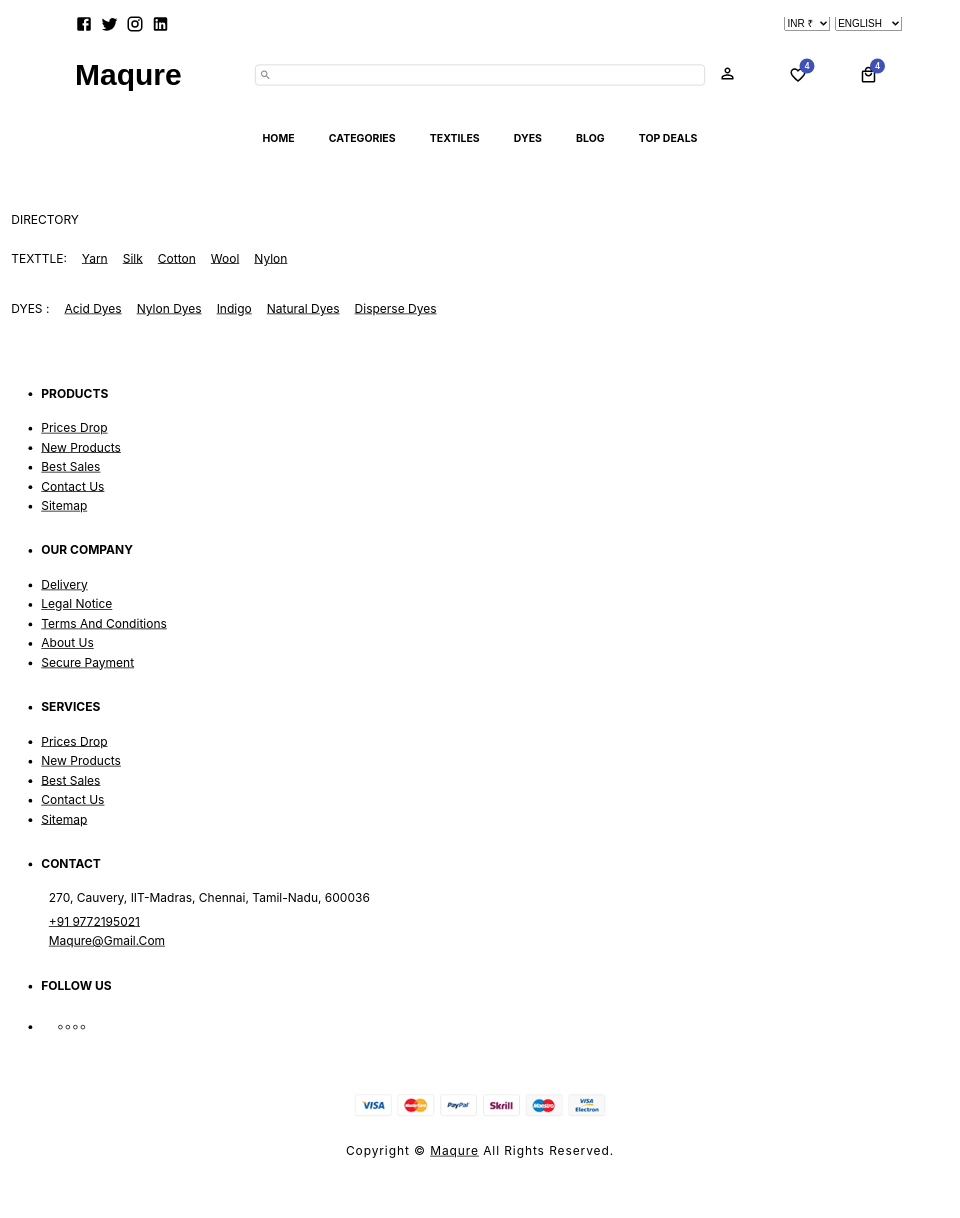
Repository: harshitsingh85420/Maqure
Page: /
An editor plug-in stored every save of this project. The page is shown before and after a run of saves, followed by the edit.
The browser window is 1280 px wide. The pictures show the whole page, at 75% of full size.
The project was rebuilt for these pictures with package versions that can differ from the ones it lists, and the page was loaded fresh each time.

Above is the page before, as saved 2022-05-26 02:52:48.

After the next 2 saves:
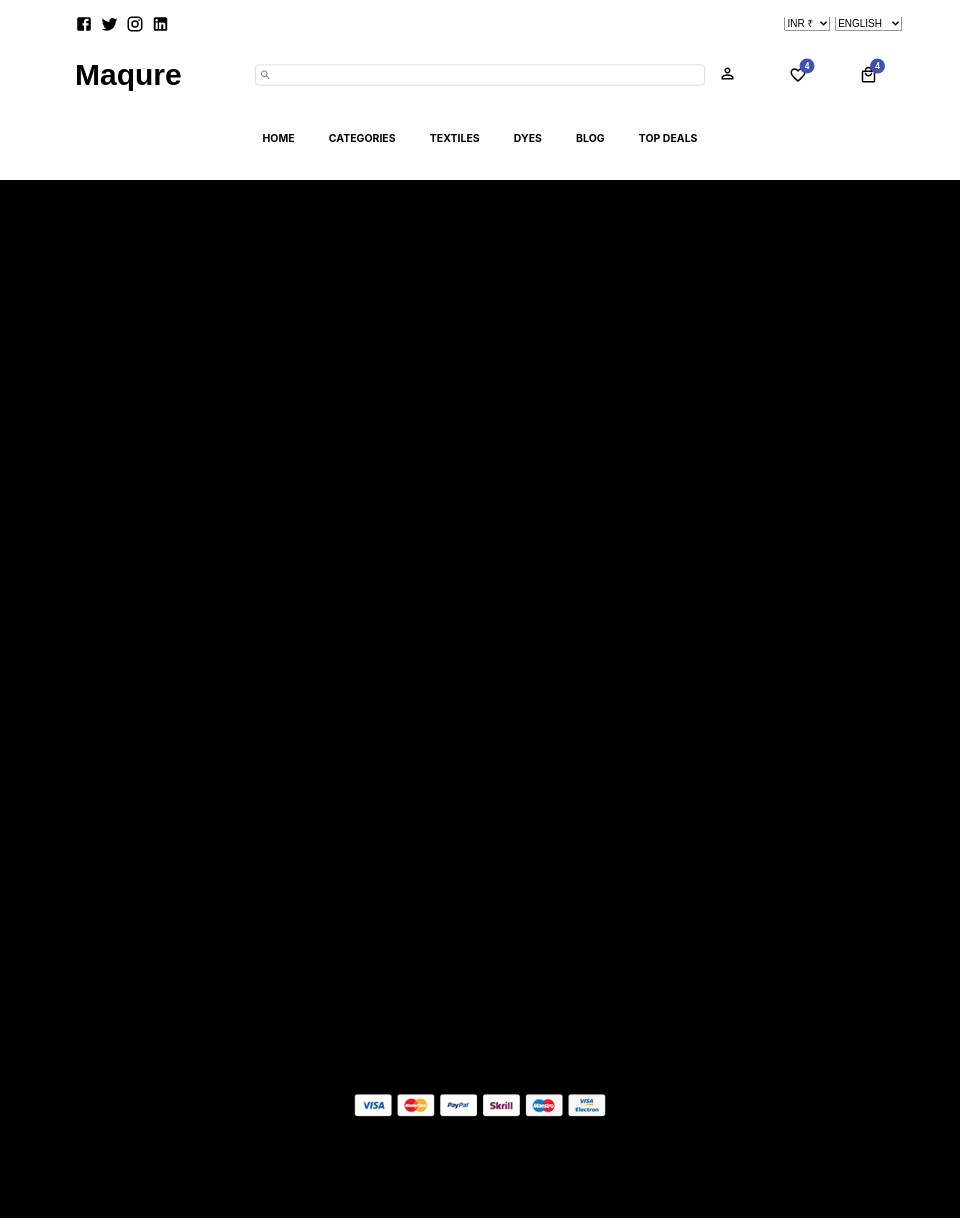
The 2 saves are shown as one change because they came seconds apart.
The last was saved 23 s later.
--- a/src/components/CSS/Footer.css
+++ b/src/components/CSS/Footer.css
@@ -6,7 +6,7 @@
 \*-----------------------------------*/
 
 .footer {
-    background-color: var(--eerie-black);
+    background-color: black;
     padding: 30px 0;
   }
 
